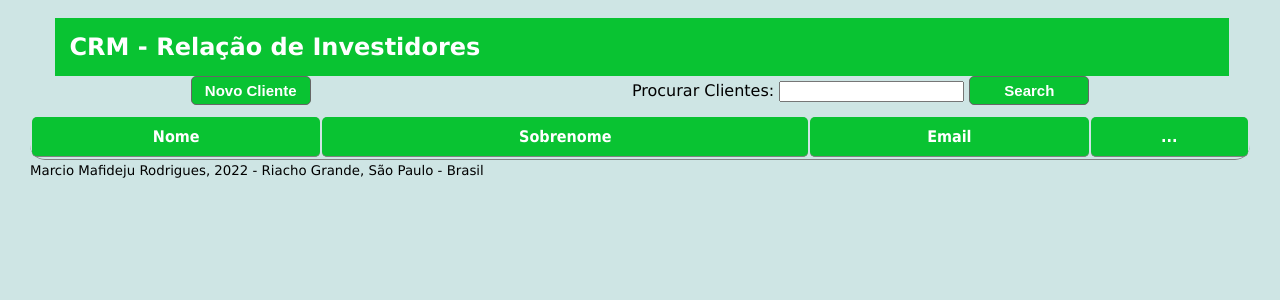
Repository: mafideju/CustomerTracker
Page: http://localhost/web-customer-tracker/WEB-INF/view/list-customers.jsp
The author's editor kept a copy of each file at every save. The page is drawn from the files as they stood at one save, then again after the next save.
The browser window is 1280 px wide. The pictures show the whole page.
The page is served by Tomcat 9. Nobody is signed in. Other server files are loaded and not shown. The template is opened directly, without the code that normally fills it, so the values that code supplies are empty.

Above is the page before, as saved 2022-01-27 16:17:42.

### web-customer-tracker/WebContent/WEB-INF/view/list-customers.jsp
<%@ taglib uri="http://java.sun.com/jsp/jstl/core" prefix="c" %>
<%@ taglib prefix="form" uri="http://www.springframework.org/tags/form" %>

<!DOCTYPE html>
<html>
	<head>
		<title>Lista de Investidores</title>
		<link type="text/css" rel="stylesheet" href="${pageContext.request.contextPath}/resources/css/style.css">
	</head>

	<body>
		<main>

			<div id="wrapper"  style="display: flex; justify-content: center; align-items: center;">
				<div id="header">
					<h2>CRM - Relação de Investidores</h2>
				</div>
			</div>

			<div class="search-bar">
				<input type="button"
					value="Novo Cliente"
					onclick="window.location.href='showAddForm'; return false;"
					class="add-button" />

	            <form:form action="search" method="GET">
                	<label>Procurar Clientes: <input type="text" name="theSearchName" /></label>
                	<input type="submit" value="Search" class="add-button" />
            </form:form>
			</div>

			<div id="container">
				<div id="content">



					<table>
						<tr>
							<th>Nome</th>
							<th>Sobrenome</th>
							<th>Email</th>
							<th>...</th>
						</tr>

						<c:forEach var="customer" items="${customers}">
							<c:url var="updateLink" value="/customer/showUpdateForm">
								<c:param name="customerId" value="${customer.id}" />
							</c:url>
							<c:url var="deleteLink" value="/customer/delete">
								<c:param name="customerId" value="${customer.id}" />
							</c:url>
							<tr>
								<td>${customer.firstName}</td>
								<td>${customer.lastName}</td>
								<td>${customer.email}</td>
								<td><a href="${updateLink}">Atualizar</a> | <a href="${deleteLink}" onclick="if(!(confirm('Quer deletar mesmo esse cliente?')))return false;">Delete</a></td>
							</tr>
						</c:forEach>

					</table>
				</div>
			</div>

		</main>
		<footer>
			<small>Marcio Mafideju Rodrigues, 2022 - Riacho Grande, São Paulo - Brasil</small>
		</footer>
	</body>
</html>

### web-customer-tracker/WebContent/resources/css/style.css
html, body{
	margin-left:15px;
	margin-right:15px;
	padding:0px;
	font-family:Verdana, Arial, Helvetica, sans-serif;
	background-color: #cee5e4;
}

table {
	border-radius: 15px;
	border-bottom:1px solid gray;
	font-family: Tahoma,Verdana,Segoe,sans-serif;
	width:100%;
}

th {
	border-bottom:1px solid gray;
	background:none repeat scroll 0 0 #09c332;
	padding:10px;
	color: #FFFFFF;
	border-radius: 5px;
}

tr {
	border-top:1px solid gray;
	text-align:center;
}

tr:nth-child(even) {background: #FFFFFF;}
tr:nth-child(odd) {background: #BBBBBB;}

.add-button {
	background: #09c332;
	border: 1px solid #666;
	border-radius: 5px;
	color: white;
	font-size: 15px;
	font-weight: bold;
	padding: 5px 10px;
	width: 120px;
}

.search-bar {
	display: flex;
	justify-content: space-around;
}

#wrapper {
	width: 100%;
	margin-top: 0px;
}

#header {
	width: 95%;
	background: #09c332;
	margin-left: 3px;
	margin-top: 10px;
	padding:15px 0px 15px 15px;
}

#header h2 {
	width: 100%;
	margin:auto;
	color: #FFFFFF;
}

#container {
	width: 100%;
	margin: auto
}

#container h3 {
	color: #000;
}

#container #content {
	margin-top: 10px;
}

After the next save:
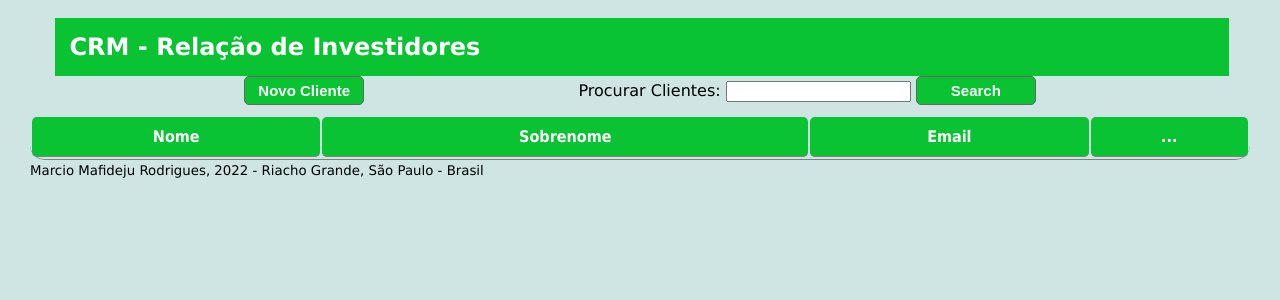
Saved 18 s later.
--- a/web-customer-tracker/WebContent/resources/css/style.css
+++ b/web-customer-tracker/WebContent/resources/css/style.css
@@ -42,7 +42,7 @@ tr:nth-child(odd) {background: #BBBBBB;}
 
 .search-bar {
 	display: flex;
-	justify-content: space-around;
+	justify-content: space-evenly;
 }
 
 #wrapper {
